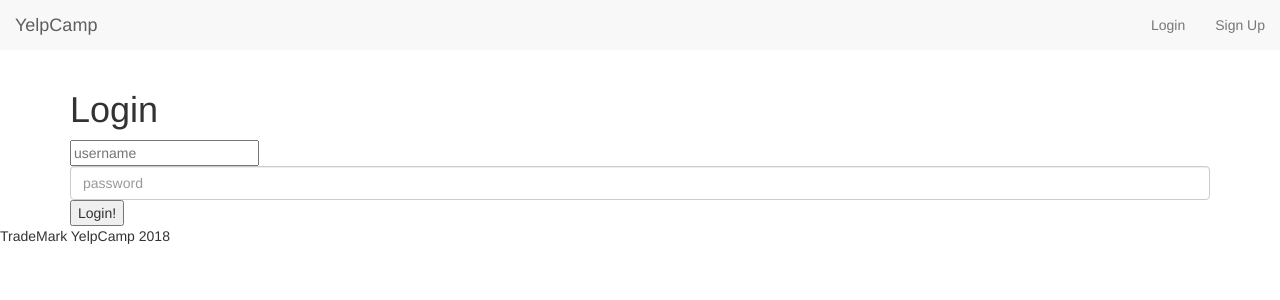
Repository: Kushagrakmr/c9backup
Page: http://localhost/login
The author's editor kept a record of every edit. The page is drawn from the files as they stood at one moment, then again after the next edit.
The browser window is 1280 px wide. The pictures show the whole page.
The page is served by the project's Node server (YelpCamp/v12/app.js).

Above is the page before.

After the next edit:
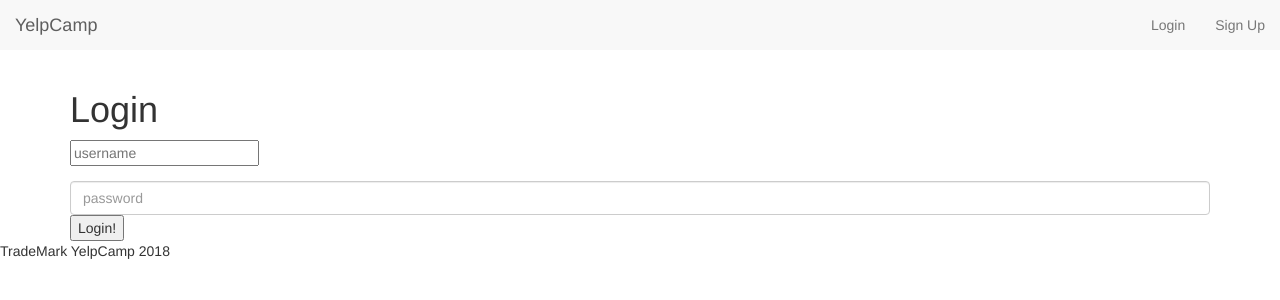
The edit:
--- a/YelpCamp/v12/views/login.ejs
+++ b/YelpCamp/v12/views/login.ejs
@@ -3,7 +3,7 @@
 <div class = "container">
     <h1>Login</h1>
     <form action = "/login" method = "POST">
-        <div class = "form-type">
+        <div class = "form-group">
             <input   type = "text" name = "username" placeholder = "username">
         </div>
         <div class = "form-type">
